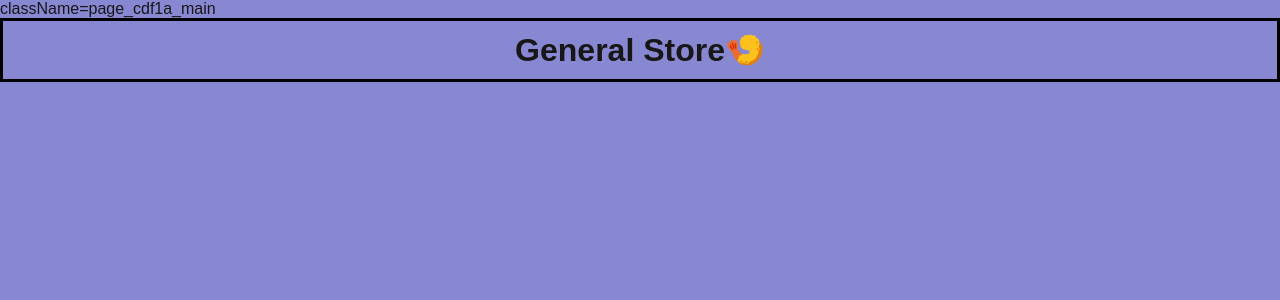
Repository: MaiCrespo/rat-ass
Page: / (app in rat-ass/)
An editor plug-in stored every save of this project. The page is shown before and after the next save, followed by the edit.
The browser window is 1280 px wide. The pictures show the whole page.
The project was rebuilt for these pictures with package versions that can differ from the ones it lists, and the page was loaded fresh each time. The framework's server and built-in components were replaced by stand-ins that run in the browser. Also part of the build but not shown: rat-ass/next.config.mjs.

Above is the page before, as saved 2025-04-03 15:19:40.

### rat-ass/app/page.js
import Image from "next/image";
import styles from "./page.module.css";

export default function Home() {
  return <div> className={styles.main}
<header className={styles.header}>
  <h1>General Store🍤</h1>
</header>
<main>
  <section></section>
</main>

  </div>

}

### rat-ass/app/globals.css
:root {
  --background: rgb(135, 135, 210);
  --foreground: #171717;
}

@media (prefers-color-scheme: dark) {
  :root {
    --background: #0a0a0a;
    --foreground: #ededed;
  }
}

html,
body {
  max-width: 100vw;
  overflow-x: hidden;
}

body {
  color: var(--foreground);
  background: var(--background);
  font-family: Futura, sans-serif;
  -webkit-font-smoothing: antialiased;
  -moz-osx-font-smoothing: grayscale;
}

* {
  box-sizing: border-box;
  padding: 0;
  margin: 0;
}

a {
  color: inherit;
  text-decoration: none;
}

@media (prefers-color-scheme: dark) {
  html {
    color-scheme: dark;
  }
}

### rat-ass/app/page.module.css
.header {
  border: 3px solid black;
  padding: 10px;
  text-align: center;
  margin-bottom: 20px;
}

.main {
  border: 3px solid black;
  padding: 10px;
}

Loaded but not shown: rat-ass/app/layout.js (common file)

After the next save:
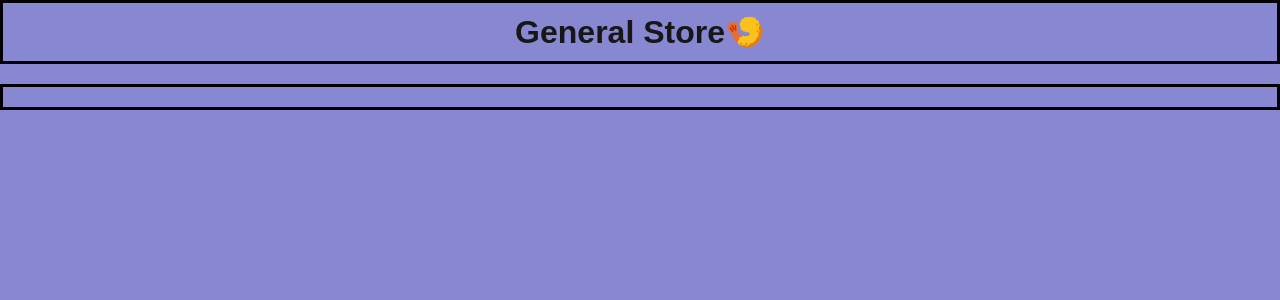
Saved 29 s later.
--- a/rat-ass/app/page.js
+++ b/rat-ass/app/page.js
@@ -2,11 +2,11 @@ import Image from "next/image";
 import styles from "./page.module.css";
 
 export default function Home() {
-  return <div> className={styles.main}
+  return <div>
 <header className={styles.header}>
   <h1>General Store🍤</h1>
 </header>
-<main>
+<main className={styles.main}>
   <section></section>
 </main>
 
